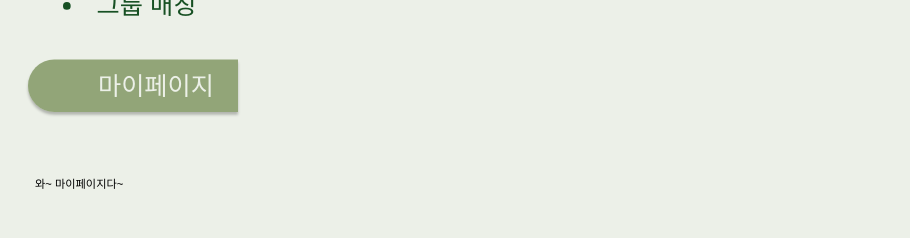
Repository: mealLog-databaseProgramming/MealLog
Page: http://localhost/meal-log/
An editor plug-in stored every save of this project. The page is shown before and after the next save, followed by the edit.
The browser window is 1280 px wide. The page is 1300 px wide, so the pictures cover 1300 px, including what lies to the right of the window. The pictures show the part of the page from y = 380 to 2260 px (the page is 720 px tall before and 2680 px after), at 70% of full size.
Some icons come from a web library that is not loaded, so they are not drawn. Some web fonts or font styles are not loaded; a fallback is used. The page is served by Tomcat 9.

Above is the page before, as saved 2022-09-29 16:19:47.

### meal-log/src/main/webapp/index.jsp
<%@ page language="java" contentType="text/html; charset=UTF-8"
    pageEncoding="UTF-8"%>
<!DOCTYPE html>
<html>
<head>
<meta charset="UTF-8">
<title>meal:log</title>
<link rel="stylesheet" href="resources/css/index.css"/>
	<script src="https://code.iconify.design/iconify-icon/1.0.0/iconify-icon.min.js"></script>
	<link rel="apple-touch-icon" sizes="57x57" href="resources/favicon/apple-icon-57x57.png">
	<link rel="apple-touch-icon" sizes="60x60" href="resources/favicon//apple-icon-60x60.png">
	<link rel="apple-touch-icon" sizes="72x72" href="resources/favicon//apple-icon-72x72.png">
	<link rel="apple-touch-icon" sizes="76x76" href="resources/favicon//apple-icon-76x76.png">
	<link rel="apple-touch-icon" sizes="114x114" href="resources/favicon//apple-icon-114x114.png">
	<link rel="apple-touch-icon" sizes="120x120" href="resources/favicon//apple-icon-120x120.png">
	<link rel="apple-touch-icon" sizes="144x144" href="resources/favicon//apple-icon-144x144.png">
	<link rel="apple-touch-icon" sizes="152x152" href="resources/favicon//apple-icon-152x152.png">
	<link rel="apple-touch-icon" sizes="180x180" href="resources/favicon//apple-icon-180x180.png">
	<link rel="icon" type="image/png" sizes="192x192"  href="resources/favicon//android-icon-192x192.png">
	<link rel="icon" type="image/png" sizes="32x32" href="resources/favicon//favicon-32x32.png">
	<link rel="icon" type="image/png" sizes="96x96" href="resources/favicon//favicon-96x96.png">
	<link rel="icon" type="image/png" sizes="16x16" href="resources/favicon//favicon-16x16.png">
	<link rel="manifest" href="resources/favicon//manifest.json">
	<meta name="msapplication-TileColor" content="#ffffff">
	<meta name="msapplication-TileImage" content="resources/favicon//ms-icon-144x144.png">
	<meta name="theme-color" content="#ffffff">
</head>
<body>
	<div class='Header'>
		<div class='title'>
			<div class='yolk'></div>
			<iconify-icon icon="fluent:food-egg-24-regular"></iconify-icon>
			Meal:<span>Log</span>
		</div>
		<div class='greet'>
			<iconify-icon icon="healthicons:ui-user-profile"></iconify-icon>
			박솜솜님, 식사 맛있게 하셨나요? 식단을 그룹원들에게 공유해보세요
			<div class='logout'>
				<iconify-icon icon="icon-park:logout"></iconify-icon>
				로그아웃
			</div>
		</div>

	</div>
	<div class='Nav'>
		<ul>
			<li>피드</li>
			<li>식단 추천</li>
			<li>그룹 매칭</li>
			<li><span>마이페이지</span></li>
		</ul>
	</div>
	<div class='Content'>
		<jsp:include page="/WEB-INF/mypage/mypage.jsp"/> <!-- 알갱이 만든걸 여기 경로 넣어서 적용 -->
	</div>
</body>
</html>

### meal-log/src/main/webapp/WEB-INF/mypage/mypage.jsp
<%@ page language="java" contentType="text/html; charset=UTF-8"
    pageEncoding="UTF-8"%>

<style>
	.wrap {
		width: 1100px;  /* 고정 */

	}
</style>

<div class="wrap">
	와~ 마이페이지다~
</div>

### meal-log/src/main/webapp/resources/css/index.css
@charset "UTF-8";
@import url('https://fonts.googleapis.com/css2?family=Jua&family=Nanum+Gothic:wght@400;700;800&display=swap');

* {
	font-family: 'Nanum Gothic', sans-serif;
	font-weight: 400;

	padding: 0;
	margin: 0;
}
body {
	-webkit-user-select:none;
	-moz-user-select:none;
	-ms-user-select:none;
	user-select:none;

	overflow-x: hidden;

	background: #ECF0E8;
}

.Header {
	width: 100vw; height: 80px;

	background: #FFFFFF;
	box-shadow: 0px 2px 5px rgba(0, 0, 0, 0.25);

	font-size: 18px;
	color: #175023;

	display: flex;
	align-items: center;
	justify-content: space-between;

	z-index: 10;
}
.Header>div, .Header .logout {
	display: flex;
	align-items: center;
}
.Header>div:first-child{ margin-left: 30px; }
.Header>div:last-child{ margin-right: 30px; }

.Header iconify-icon {
	margin-right: 10px;
}

.Header .title, .Header .title span {
	font-family: 'Jua', sans-serif;
	font-size: 40px;
	color: #175023;
}
.Header .title span {
	color: #6BA32D;
}
.Header .title iconify-icon {
	font-size: 50px;
	z-index: 2;
}
.Header .title .yolk{
	width: 18px; height:18px;

	background: #FFC700;
	border-radius: 50%;

	position: absolute;
	transform: translate(17px, 0.7px);
}


.Header .greet {
	margin-right: 5vw;
}
.Header .greet iconify-icon {
	font-size: 40px;
}
.Header .logout {
	margin-left: 5vw;
}
.Header .logout iconify-icon {
	font-size: 25px;
	margin-right: 5px;
}
.Header .logout:hover {
	font-weight: 700;
}

@media screen and (max-width: 1000px) {
	.Header .greet {
		color: #FFFFFF;
		font-size: 0px;
	}
	.Header .logout {
		color: #175023;
		font-size: 18px;
	}
	.Header > div {
		margin-left: 3vw; margin-right: 5vw;
	}
}


.Nav {
	display: inline-block;
	list-style: inside;

	font-size: 36px;
	color: #175023;
}
 .Nav li span {
 	font-family: 'Jua', sans-serif;
 }
.Nav li{
	font-family: 'Jua', sans-serif;
	padding-left: 50px;
	line-height: 75px;

	margin: 40px;
	margin-right: 0px;
}

.Nav li:last-child {
	list-style: none;
	padding-left: 100px;

	color: #ECF0E8;

	background: rgba(59, 92, 10, 0.5);
	box-shadow: 0px 4px 4px 0px #00000040;
	width: 200px; height: 75px;

	border-top-left-radius: 50px;
	border-bottom-left-radius: 50px;
}

.Content {
	display: inline-block;
	width: 1200px;
	padding: 50px;
}

After the next save:
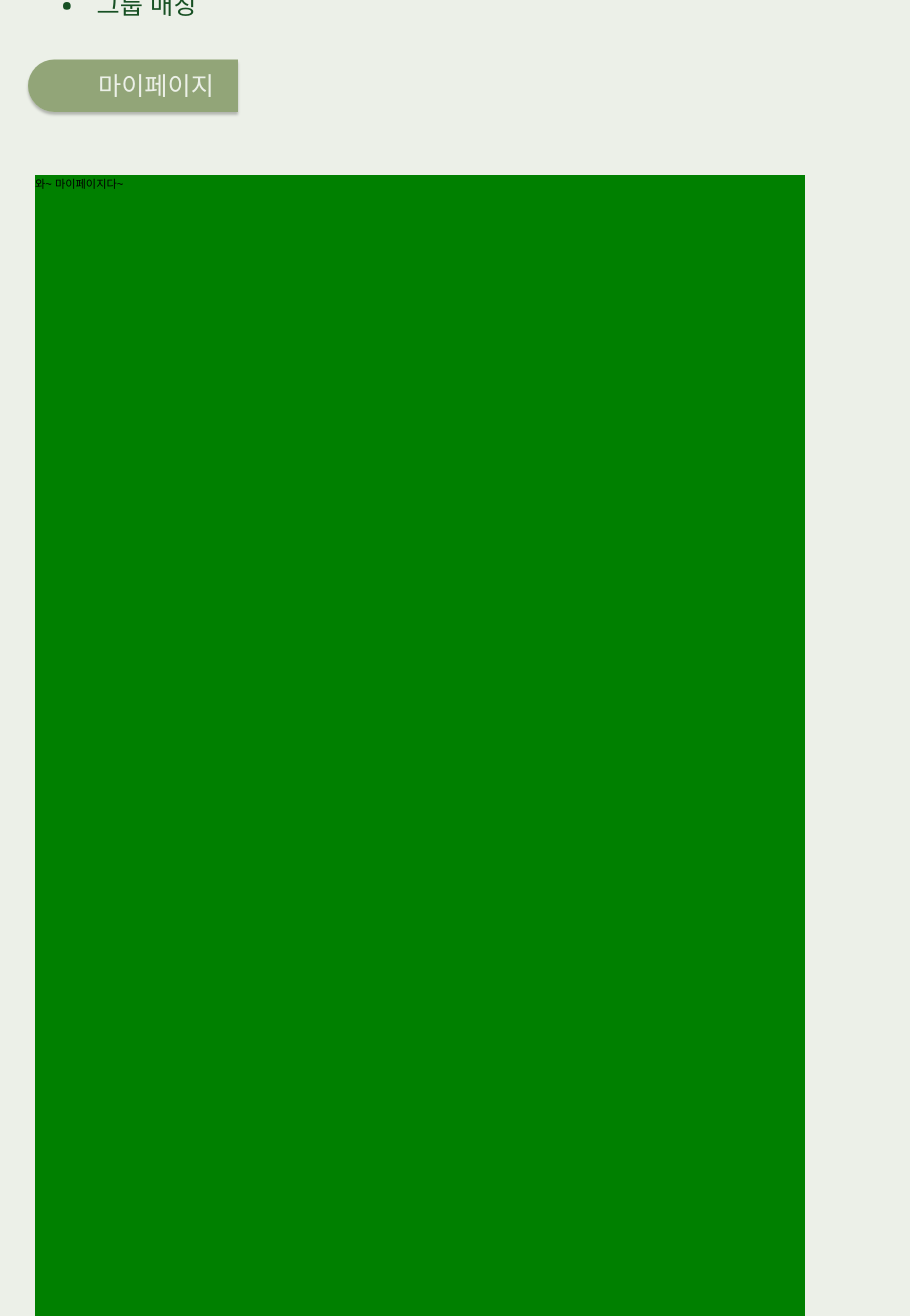
Saved 45 s later.
--- a/meal-log/src/main/webapp/WEB-INF/mypage/mypage.jsp
+++ b/meal-log/src/main/webapp/WEB-INF/mypage/mypage.jsp
@@ -5,6 +5,9 @@
 	.wrap {
 		width: 1100px;  /* 고정 */
 
+		/* 디버그 */
+		height: 2000px;
+		background: green;
 	}
 </style>
 
